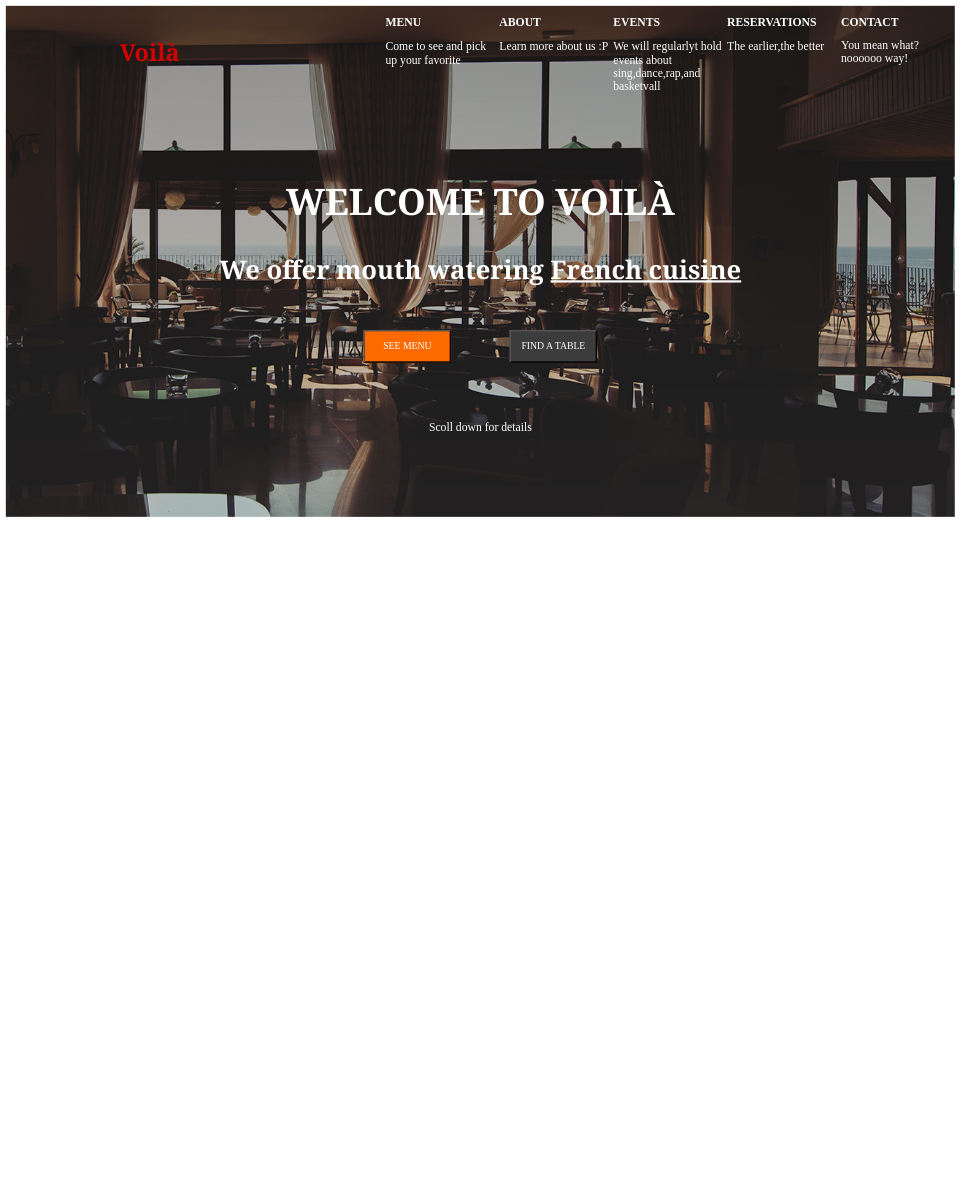
Repository: sis-shen/HTML_vsc
Page: adc_v2/index.html
These files come from the project's save history. The page is drawn as it stood at one moment and after the next save; the edit follows.
The browser window is 1280 px wide. The page is 1308 px wide, then 1328 px, so the pictures cover 1328 px, including what lies to the right of the window. The pictures show the whole page, at 73% of full size.

Above is the page before, as saved 2023-08-14 09:05:46.

### adc_v2/index.html
<!DOCTYPE html>
<html lang="zh-CN">
<head>
    <meta charset="UTF-8">
    <meta name="viewport" content="width=device-width, initial-scale=1.0">
    <title>王八餐厅</title>
    <link rel="stylesheet" href="style.css">
    <link rel="shotcut icon" href="img/王者.png">
</head>
<body>
    <div class="top-box">
        <div class="nav">
            <div class="t-left"><h1>Voilà </h1></div>

            <div class="t-right">
                <div class="nav-box"><h2>MENU</h2>
                    <p>Come to see and pick up your favorite</p></div>
                <div class="nav-box"><h2>ABOUT</h2>
                    <p>Learn more about us :P</p></div>
                <div class="nav-box"><h2>EVENTS</h2>
                    <p>We will regularlyt hold events about sing,dance,rap,and basketvall</p></div>
                <div class="nav-box"><h2>RESERVATIONS</h2>
                    <p>The earlier,the better</p></div>
                <div class="nav-box"><h2>CONTACT</h2>
                    You mean what?noooooo way!</div>
            </div>
        </div>

        <h1 id="wel">WELCOME TO VOILÀ</h1>
        <h3>We offer mouth watering <u>French cuisine</u></h3>

        <div class="button-box">
            <div class="b-left">
                <a href="menu.html"><button>SEE MENU</button></a>
            </div>
            <div class="b-right">
                <a href="table.index"><button>FIND A TABLE</button></a>
            </div>
        </div>

        <h4>Scoll down for details</h4>


    </div>
</body>
</html>

### adc_v2/style.css
body {
    box-sizing: border-box;
    font-family:Georgia, 'Times New Roman', Times, serif;

}

.top-box{
    margin:auto;

    width: 1300px;
    height: 600px;
    background-image: url("img/top.png");
    padding-bottom: 1000px;
    background-repeat: no-repeat;

}

.nav {
    width: 100%;
    height: 200px;
    /* background-color: rgba(0, 255, 255, 0.207); */
    display: flex;
}

.t-left{
    height:100%;
    width: 40%;
    /* background-color: rgba(255, 0, 0, 0.236); */
}

.t-right{
    display: flex;
    height: 100%;
    width:60%;
    font-family: 微软雅黑;
}

.nav-box{
    width: 20%;
    height: 100%;
    /* background-color: rgba(255, 255, 0, 0.149); */
    color: #fff;
}

.top-box h2{
    font-size:medium
}

.t-left h1{
    color:rgb(212, 0, 0);
    position: relative;
    left:30%;
    top:20px;
}

#wel{
    text-align: center;
    color: #fff;

    font-size: 50px;
}

.top-box h3{
    text-align: center;
    color: #fff;
    font-size: 35px;
}

.button-box{
    display: flex;
    align-items: center;
    justify-content: center;
    margin-top: 60px;
}

.button-box button{
    width: 120px;
    height: 45px;
    margin-inline: 40px;
    font-family: 微软雅黑;
    color: #fff;
}

.b-left button{
    background-color: rgb(255, 106, 0);
}

.b-left button:hover{
    background-color: rgb(205, 85, 0);

}

.b-right button{
    background-color: rgb(60, 60, 60);
}

.b-right button:hover{
    background-color: rgb(35, 35, 35);

}

.top-box h4{
    text-align: center;
    color: #fff;
    font-family: 微软雅黑;
    font-weight:normal;
    margin-top: 80px;
}

After the next save:
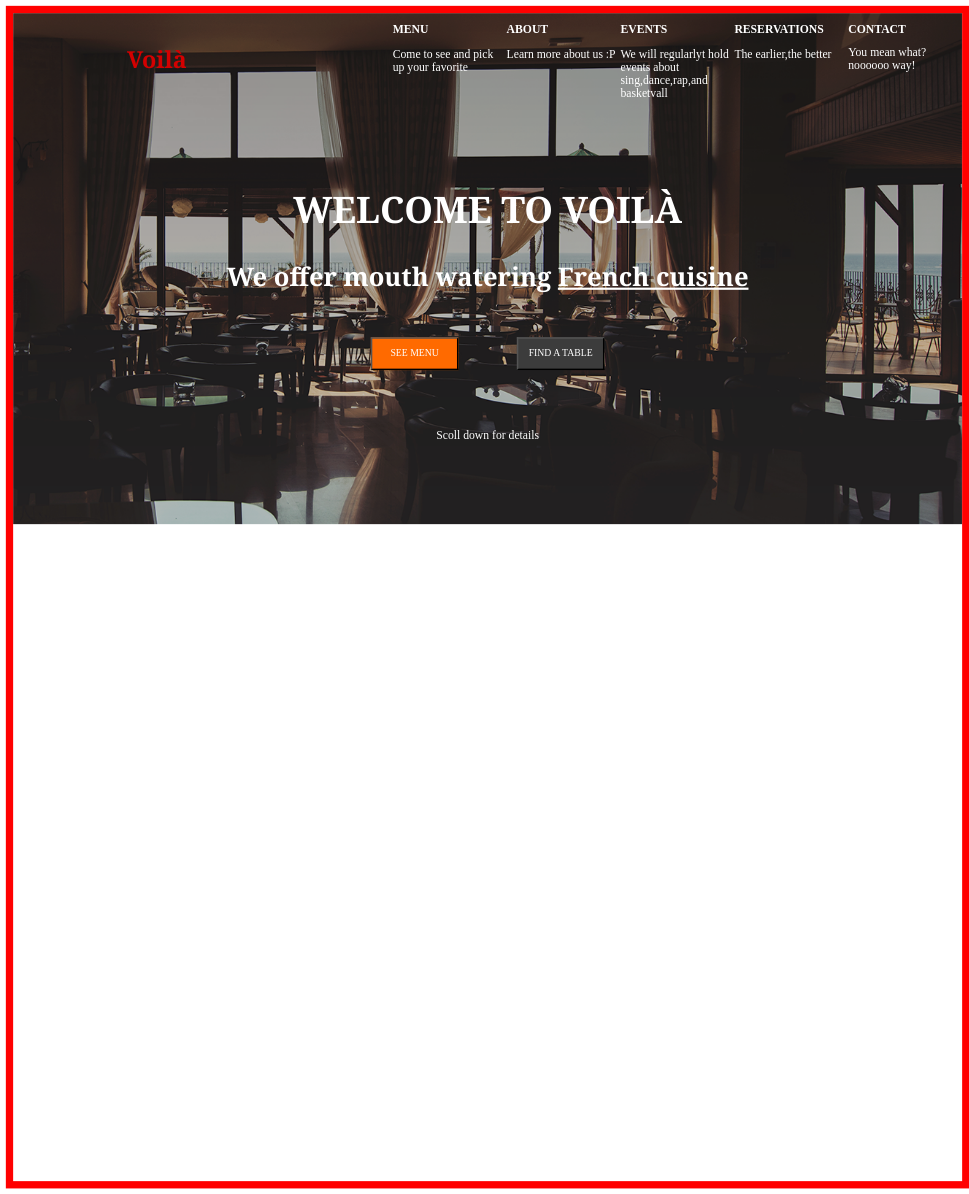
Saved 33 s later.
--- a/adc_v2/style.css
+++ b/adc_v2/style.css
@@ -12,6 +12,8 @@ body {
     background-image: url("img/top.png");
     padding-bottom: 1000px;
     background-repeat: no-repeat;
+
+    border: red solid 10px;
 
 }
 
